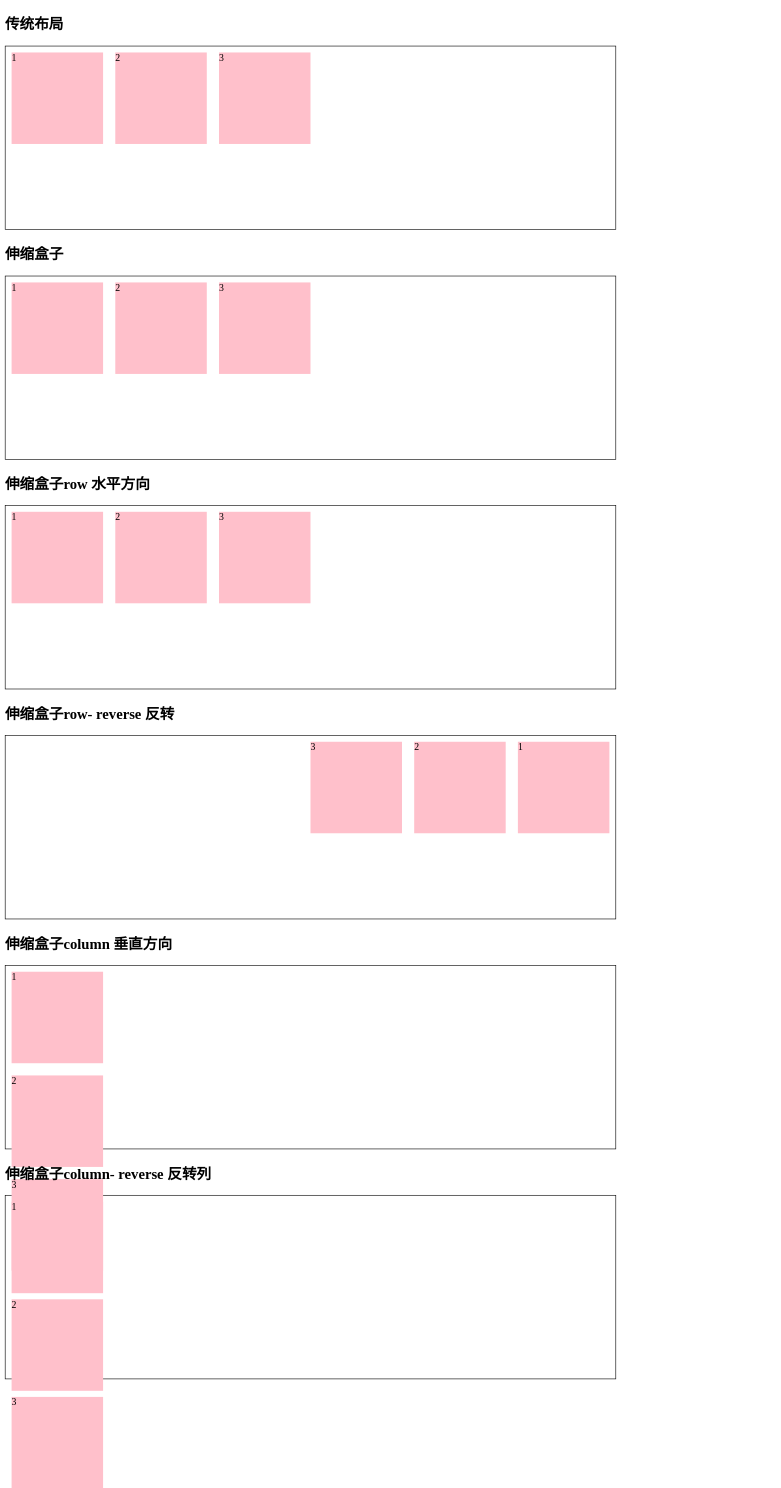
Repository: liuxi0811/web-demo
Page: 伸缩布局.html
An editor plug-in stored every save of this project. The page is shown before and after the next save, followed by the edit.
The browser window is 1280 px wide. The pictures show the whole page, at 61% of full size.

Above is the page before, as saved 2020-12-03 18:18:27.

### 伸缩布局.html
<!DOCTYPE html>
<html lang="en">

<head>
    <meta charset="UTF-8">
    <meta name="viewport" content="width=device-width, initial-scale=1.0">
    <title>Document</title>
    <style>
        div {
            width: 1000px;
            height: 300px;
            border: 1px solid;
        }

        li {
            width: 150px;
            height: 150px;
            background: pink;
            margin: 10px;
            /* display: flex; */

        }

        ul {
            list-style: none;
            margin: 0px;
            padding: 0px;

        }

        /* section:nth-child(1) ul{
           overflow: hidden;
        } */
        section:nth-child(1) ul li{
            float: left;
        }
        section:nth-child(2) ul{
            display: flex;
        }

        section:nth-child(3) ul{
            display: flex;
            flex-direction: row;
        }

        section:nth-child(4) ul{
            display: flex;
            flex-direction:row-reverse;
        }
        section:nth-child(5) ul{
            display: flex;
            flex-direction:column;
        }
    </style>
</head>

<body>
    <section>
        <h1>传统布局</h1>
        <div>
            <ul>
                <li>1</li>
                <li>2</li>
                <li>3</li>
        </div>
    </section>

    <section>
        <h1>伸缩盒子</h1>
        <div>
            <ul>
                <li>1</li>
                <li>2</li>
                <li>3</li>
        </div>
    </section>

    <section>
        <h1>伸缩盒子row 水平方向</h1>
        <div>
            <ul>
                <li>1</li>
                <li>2</li>
                <li>3</li>
        </div>
    </section>

    <section>
        <h1>伸缩盒子row- reverse 反转</h1>
        <div>
            <ul>
                <li>1</li>
                <li>2</li>
                <li>3</li>
        </div>
    </section>

    <section>
        <h1>伸缩盒子column 垂直方向</h1>
        <div>
            <ul>
                <li>1</li>
                <li>2</li>
                <li>3</li>
        </div>
    </section>

    <section>
        <h1>伸缩盒子column- reverse 反转列</h1>
        <div>
            <ul>
                <li>1</li>
                <li>2</li>
                <li>3</li>
        </div>
    </section>
</body>

</html>

After the next save:
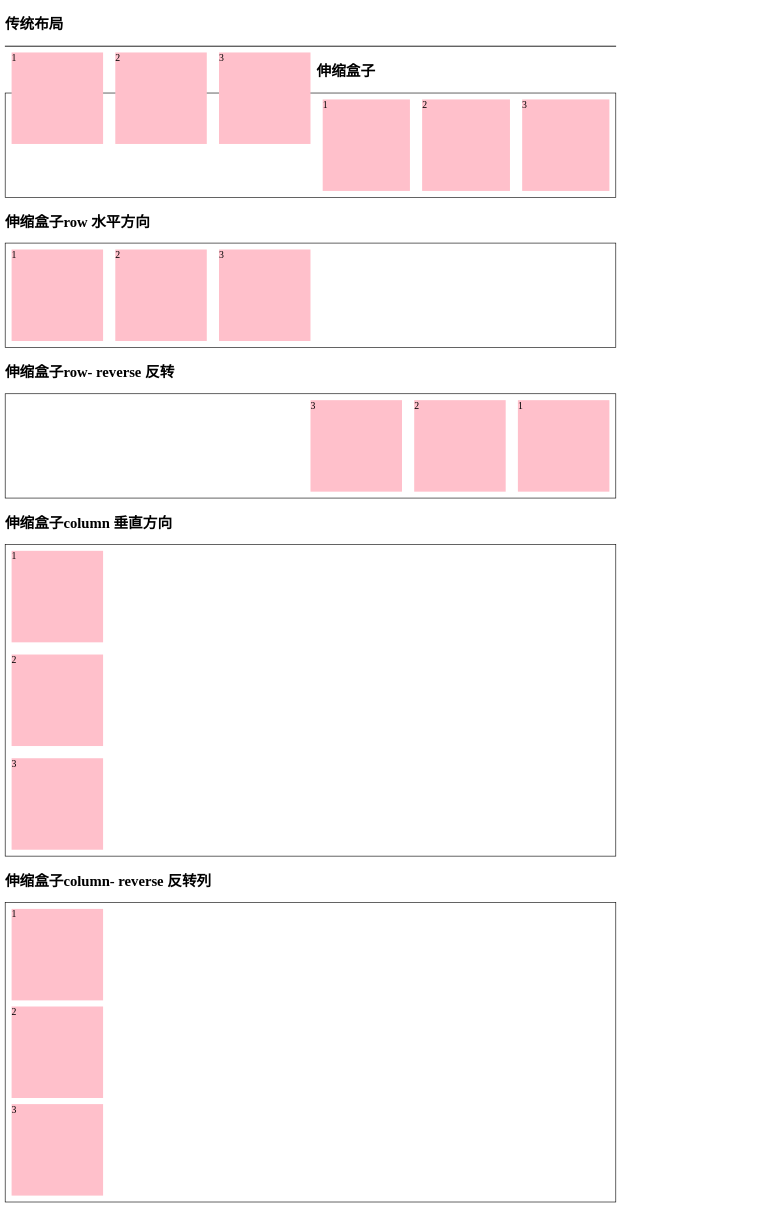
Saved 17 s later.
--- a/伸缩布局.html
+++ b/伸缩布局.html
@@ -8,7 +8,7 @@
     <style>
         div {
             width: 1000px;
-            height: 300px;
+
             border: 1px solid;
         }
 
